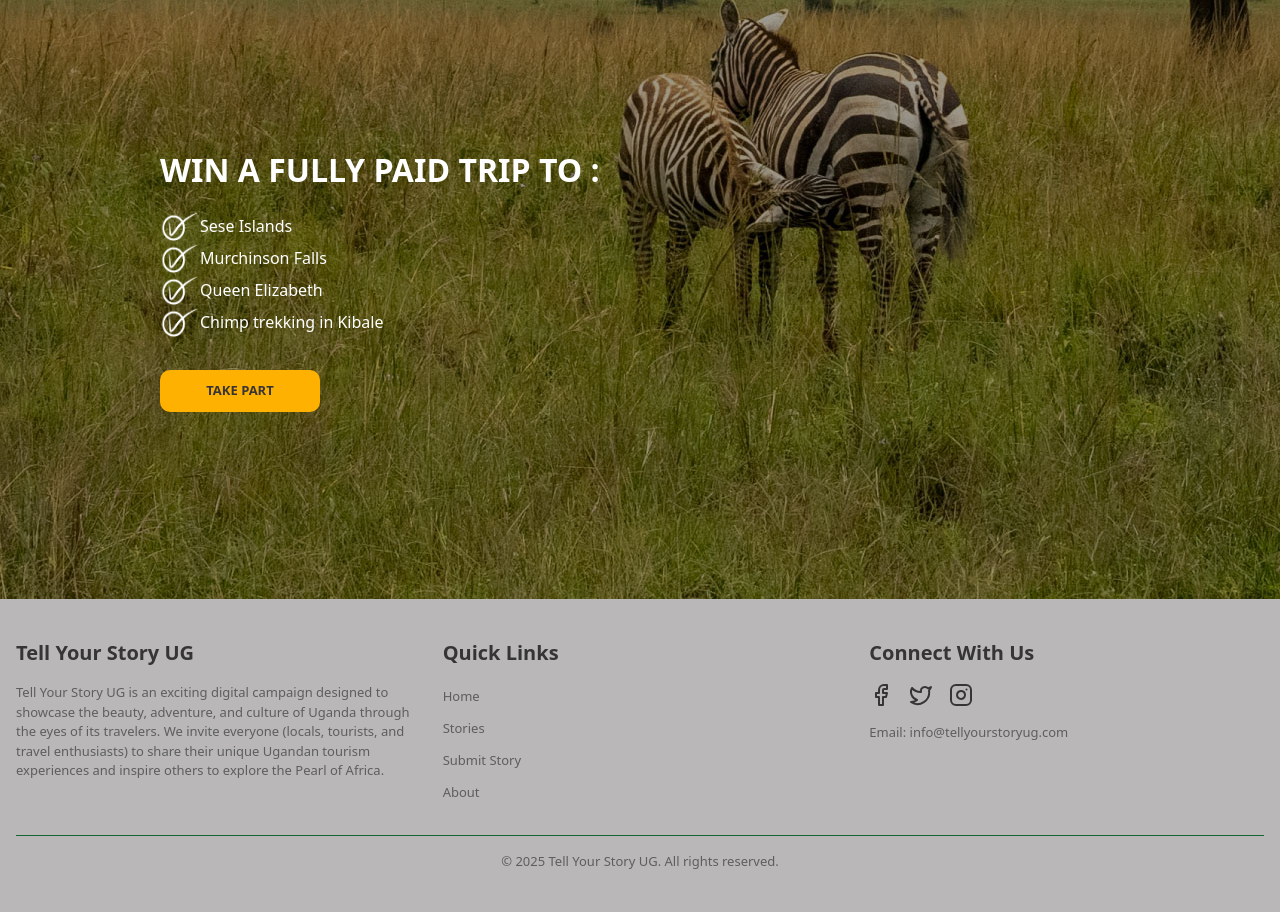
Repository: kaizoku010/take.part
Page: /
These files come from the project's save history. The page is drawn as it stood at one moment and after a run of saves; the edit follows.
The browser window is 1280 px wide. The pictures show the part of the page from y = 2692 to 3644 px (the page is 3604 px tall before and 3644 px after).
Backgrounds fixed to the window are drawn as part of the page. The project was rebuilt for these pictures with package versions that can differ from the ones it lists, and the page was loaded fresh each time. Also part of the build but not shown: vite.config.ts, src/components/ui/tooltip.tsx, src/pages/About.tsx, src/components/ui/input.tsx, src/pages/Stories.tsx, src/pages/StoryDetail.tsx, src/components/ui/use-toast.ts, src/components/ui/label.tsx and 4 more.

Above is the page before, as saved 2025-04-14 15:53:04.

After the next 2 saves:
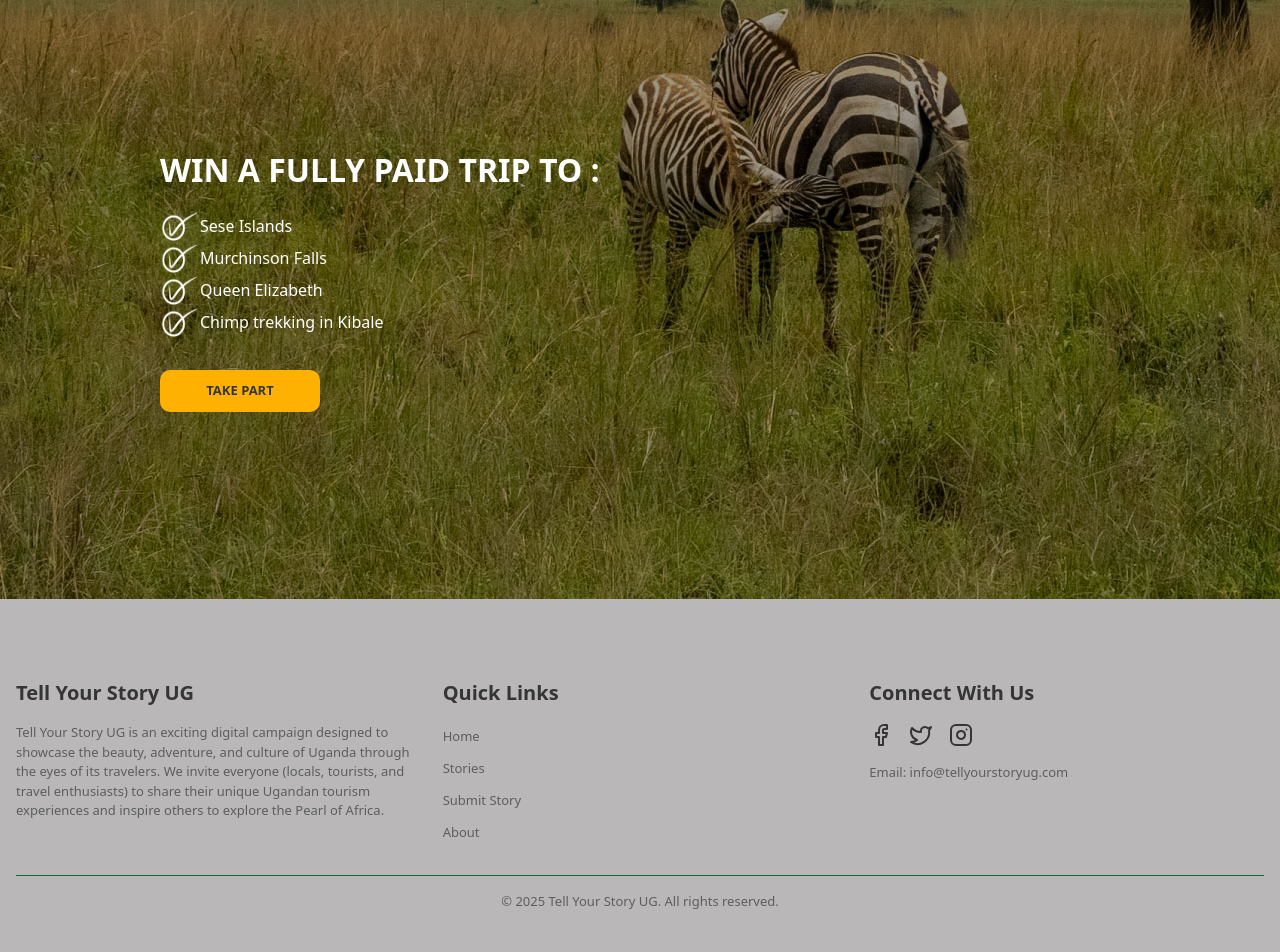
The 2 saves are shown as one change because they came seconds apart.
The last was saved 11 s later.
--- a/src/mdx.css
+++ b/src/mdx.css
@@ -131,3 +131,8 @@ background-color: #ba3629 !important;
 #vist-ug:hover{
     background-color: transparent !important;
 }
+
+
+#footer{
+    padding-top: 5rem;
+}
